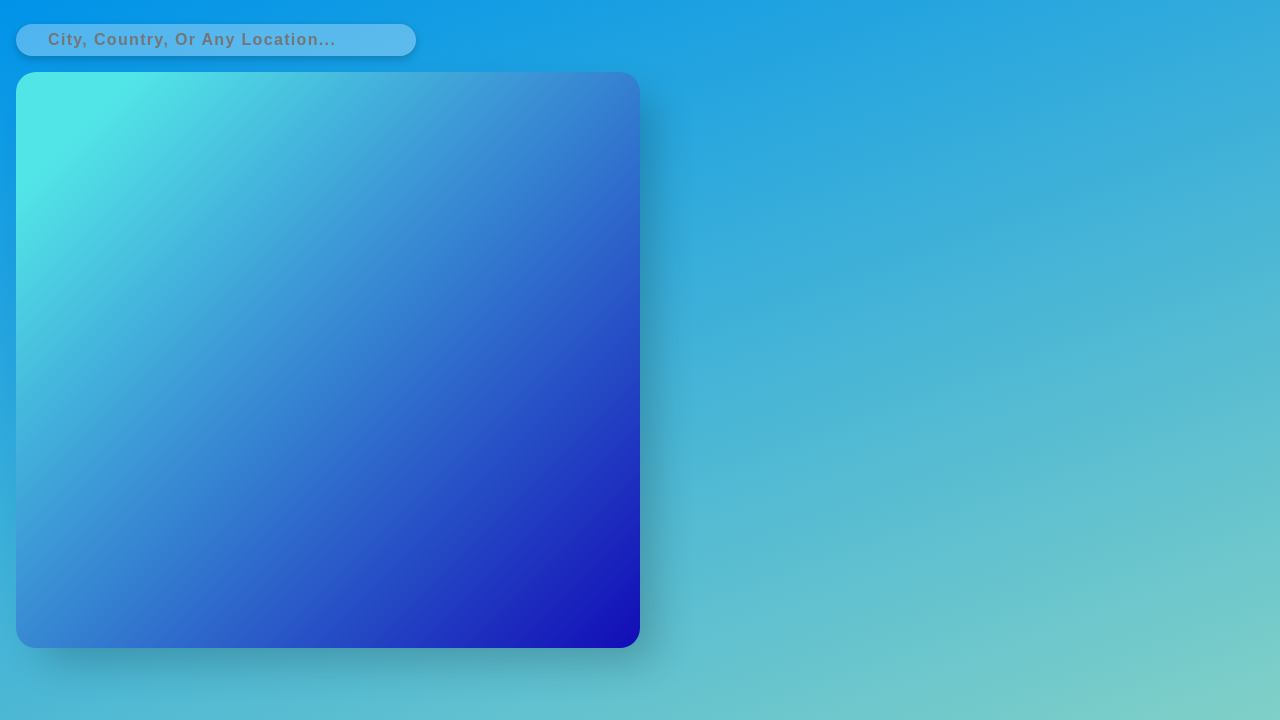
Repository: Haydenleung/weather-app-2024
Page: /
These files come from the project's save history. The page is drawn as it stood at one moment and after the next save; the edit follows.
The browser window is 1280 px wide. The pictures show the whole page.
The project was rebuilt for these pictures with package versions that can differ from the ones it lists, and the page was loaded fresh each time. The framework's server and built-in components were replaced by stand-ins that run in the browser. Also part of the build but not shown: next.config.mjs.

Above is the page before, as saved 2024-02-09 09:26:46.

### src/pages/index.tsx
import Image from "next/image";
import { useState } from 'react';
import { parseString } from 'xml2js';

import Container from "@/components/Container";

export default function Home() {

  const [location, setLocation] = useState();

  var apiKey = "1166e5ad9804e768305a6f5ad6b1e21c"
  // var cityName = "london"
  var currentUrl = `https://api.openweathermap.org/data/2.5/weather?q=${location}&units=metric&appid=${apiKey}`;
  var currentUrlXML = `https://api.openweathermap.org/data/2.5/weather?q=${location}&mode=xml&appid=${apiKey}`;
  var forecasrUrl = `https://api.openweathermap.org/data/2.5/forecast?q=${location}&units=metric&appid=${apiKey}`;

  const [data, setData] = useState<IWeatherProps[]>([]);
  const [date, setDate] = useState<IDateProps[]>([]);
  const [fData, setFData] = useState<IForecastProps[]>([]);


  const GrabInfo = async () => {
    try {
      await fetch(currentUrl)
        .then((res) => {
          if (!res.ok) {
            throw new Error('404 Error');
          }
          return res.json();
        })
        .then((data) => {
          console.log([data]);
          setData([data]);
        });

      await fetch(currentUrlXML)
        .then((res) => {
          if (!res.ok) {
            throw new Error('404 Error');
          }
          return res.text();
        })
        .then((date) => {
          parseString(date, (err: any, result: any) => {
            if (err) {
              throw new Error('404 Error');
            }
            console.log([result]);
            setDate([result]);
          });
        });
      await fetch(forecasrUrl)
        .then((res) => {
          if (!res.ok) {
            throw new Error('404 Error');
          }
          return res.json()
        })
        .then((fData) => {
          console.log([fData]);
          setFData([fData]);
        })
    } catch (error) {
      setData([])
      setDate([])
      setFData([])
    }
  };

  const handleChange = (event: any) => {
    setLocation(event.target.value);
  };

  const onFormSubmit = (e: any) => {
    e.preventDefault();
    GrabInfo()
  }

  return (
    <main className={"container"} >
      <form onSubmit={onFormSubmit} className={"searchForm"}>
        <input type="text" onChange={handleChange} value={location} className={"search"} placeholder={"City, country, or any location..."} />
        <button type="submit" className={"button"} />
      </form>
      <Container data={data} date={date} fData={fData} location={location} />
    </main >
  );
}

### src/styles/globals.css
* {
  font-family: Arial, Helvetica, sans-serif;
  color: white;
}

*,
*:before,
*:after {
  box-sizing: border-box;
}

.container {
  background: #e0e9f0;
  width: 100%;
  height: 100%;
  position: absolute;
  top: 0;
  left: 0;
  padding: 0.5rem 0rem;
  display: flex;
  flex-direction: column;
  background-color: #0093E9;
  background-image: linear-gradient(160deg, #0093E9 0%, #80D0C7 100%);
}

.button {
  display: none;
}

.searchForm {
  width: 20rem;
  padding: 1rem 1rem 0 1rem;
}

.search {
  height: 2rem;
  min-width: 25rem;
  border-radius: 99rem;
  border: none;
  padding: 0.3rem 2rem;
  font-size: 12pt;
  font-weight: 600;
  letter-spacing: 1pt;
  box-shadow: 0px 3px 8px rgba(0, 0, 0, 0.2);
  color: rgb(137, 137, 137);
  text-transform: capitalize;
  outline: none;
  background: rgba(255, 255, 255, 0.3);
}

.search:hover {
  transform: translateY(-1px);
}

.weatherContainer {
  flex-grow: 1;
  padding: 1rem;
  display: flex;
  flex-direction: row;
  gap: 1rem;
}

.today {
  display: flex;
  flex-direction: column;
  width: 50%;
  justify-content: center;
  align-items: center;
  background: rgba(255, 255, 255, 0.3);
  padding: 3rem;
  border-radius: 20px;
  /* border-left: 1px solid rgba(255, 255, 255, 0.3);
  border-top: 1px solid rgba(255, 255, 255, 0.3); */
  backdrop-filter: blur(10px);
  box-shadow: 20px 20px 40px -6px rgba(0, 0, 0, 0.2);
  text-align: center;
  position: relative;
  transition: all 0.2s ease-in-out;
  height: 80vh;
  background-image: linear-gradient(135deg, #52E5E7 10%, #130CB7 100%);
}

.temp {
  font-size: 92pt;
  font-weight: 800;
  /* color: white */
}

.main {
  font-size: 32pt;
  font-weight: 600;
  /* color: white; */

}

.subToday {
  display: flex;
  flex-direction: column;
  justify-content: center;
  align-items: center;
}

.forecast {
  display: flex;
  flex-direction: column;
  width: 50%;
  justify-content: center;
  align-items: center;
  border-radius: 20px;
  text-align: center;
  position: relative;
  transition: all 0.2s ease-in-out;
  height: 80vh;
  min-height: 15rem;
  gap: 1rem;
  /* background-color: red; */
}

.subForecast {
  display: flex;
  flex-direction: row;
  width: 100%;
  background: rgba(255, 255, 255, 0.3);
  border-radius: 20px;
  border-left: 1px solid rgba(255, 255, 255, 0.3);
  border-top: 1px solid rgba(255, 255, 255, 0.3);
  backdrop-filter: blur(10px);
  box-shadow: 20px 20px 40px -6px rgba(0, 0, 0, 0.2);
  text-align: center;
  position: relative;
  transition: all 0.2s ease-in-out;
  flex-grow: 1;
}

### src/components/Container/index.tsx

import { useState, useEffect } from 'react';

export default function Container(
    props: { data: IWeatherProps[], date: IDateProps[], fData: IForecastProps[], location: any }
) {

    // const [currentTemp, setCurrentTemp] = useState<number>();
    // const [currentWind, setcurrentWind] = useState<number>();
    // const [currentDate, setcurrentDate] = useState<string>();
    // const [currentMain, setcurrentMain] = useState<string>();
    // const [forcastTemp, setForcastTemp] = useState<number[]>([]);

    const [currentDate, setcurrentDate] = useState<string>();


    const formatDate = (tempDate: string) => {
        tempDate = tempDate?.substring(0, tempDate.search("T"));
        var day = new Date(Date.parse(tempDate)).getDate() + 1;
        var month = new Date(Date.parse(tempDate)).toLocaleString('default', { month: 'long' });
        var year = new Date(Date.parse(tempDate)).getFullYear();
        return (month + " " + day + ", " + year)
    }

    const formatDate2 = (tempDate: string) => {
        var day = new Date(Date.parse(tempDate)).getDate();
        var month = new Date(Date.parse(tempDate)).toLocaleString('default', { month: 'short' });
        var year = new Date(Date.parse(tempDate)).getFullYear();
        return (month + " " + day + ", " + year)
    }

    useEffect(() => {
        // Find Date
        // props.date && props.date.map((item: IDateProps) => {
        //     var tempDate = item.current.lastupdate[0].$.value;
        //     tempDate = tempDate?.substring(0, tempDate.search("T"))
        //     setcurrentDate(tempDate)
        // })

        // // Find Current Weather
        // props.data && props.data.map((item: IWeatherProps) => {
        //     // setCurrentTemp(item.main.temp)
        //     // setcurrentWind(item.wind.speed)
        //     // item.weather && item.weather.map((single: IWeatherSingleProps) => {
        //     //     setcurrentMain(single.main)
        //     // })
        // })

        // setForcastTemp([])
        // props.fData && props.fData.map((item: IForecastProps) => {
        //     item.list && item.list.map((single: IForecastListProps) => {
        //         setForcastTemp([...forcastTemp, single.main.temp])
        //         console.log(forcastTemp)
        //         single.wind.speed
        //         single.dt_txt
        //         single.weather && single.weather.map((second: IForecastWeatherProps) => {
        //             { second.main }
        //         })
        //     })

        // })
    })


    return (
        <div className={"weatherContainer"}>
            <div className={"today"}>
                {
                    props.date && props.date.map((item: IDateProps, index: number) => {
                        return (
                            <div key={index} style={{ margin: '15px' }}>
                                {
                                    item.current.lastupdate && item.current.lastupdate.map((single: IDateExactProps, indexTwo: number) => {
                                        return (
                                            <div key={indexTwo} >
                                                {formatDate(single.$.value)}
                                            </div>
                                        )
                                    })
                                }
                            </div>
                        )
                    })
                }
                {
                    props.data && props.data.map((item: IWeatherProps, index: number) => {
                        return (
                            <div key={index} className={"subToday"}>
                                < div className={"temp"} > {item.main.temp.toFixed(1)}°C</div>
                                {
                                    item.weather && item.weather.map((single: IWeatherSingleProps, indexTwo: number) => {
                                        return (
                                            <div key={indexTwo} className={"main"}>
                                                {single.main}
                                            </div>
                                        )
                                    })
                                }
                                <div>{item.wind.speed} m/s</div>
                            </div>
                        )
                    })
                }
            </div >

            {
                props.fData && props.fData.map((item: IForecastProps, index: number) => {
                    return (
                        <div key={index} className={"forecast"}>
                            {
                                item.list && item.list.map((single: IForecastListProps, indexTwo: number) => {
                                    return (
                                        single.dt_txt.search("00:00:00") > 0 &&
                                        (<div key={indexTwo} className={"subForecast"}>
                                            {single.main.temp.toFixed(1)}<br />
                                            {single.wind.speed}<br />
                                            {formatDate2(single.dt_txt)}
                                            {
                                                single.weather && single.weather.map((second: IForecastWeatherProps, indexThree: number) => {
                                                    return (
                                                        <div key={indexThree} >
                                                            {second.main}
                                                            {second.description}
                                                        </div>
                                                    )
                                                })
                                            }
                                        </div>)
                                    )
                                })
                            }
                        </div>
                    )
                })
            }


        </div >
    )
}

Loaded but not shown: src/pages/_app.tsx (common file); src/pages/_document.tsx (common file)

After the next save:
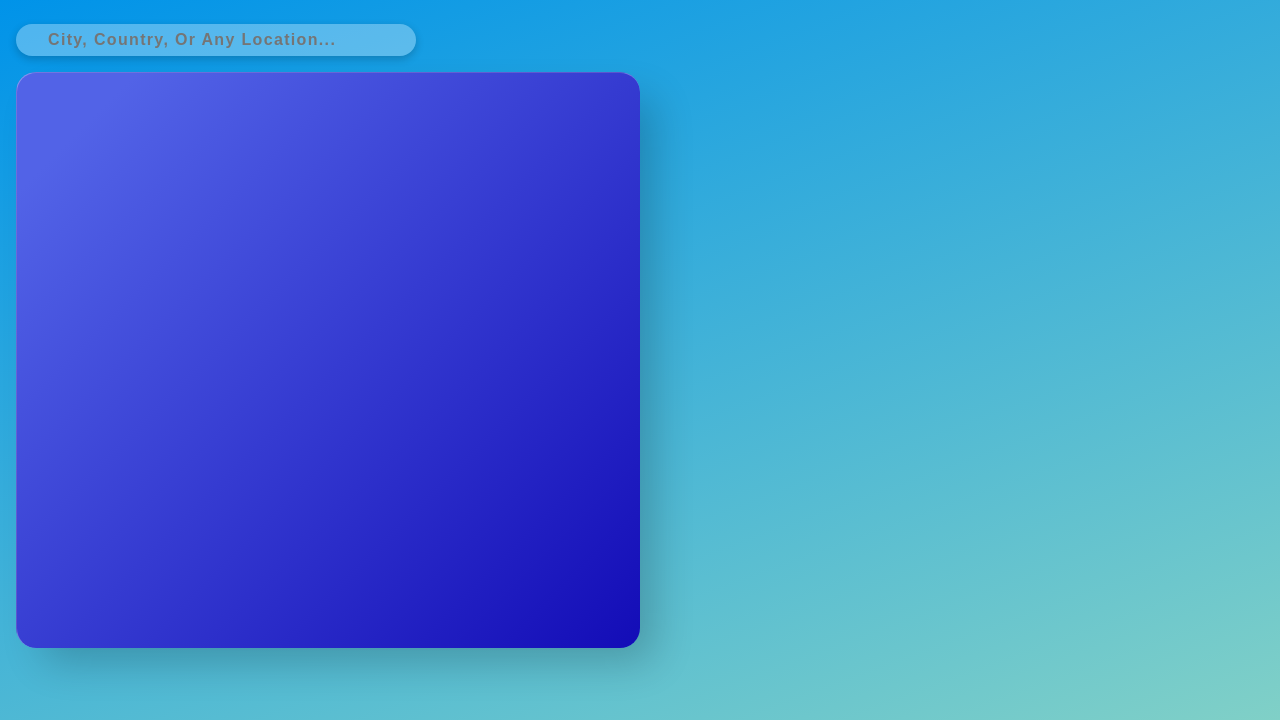
Saved 8 s later.
--- a/src/styles/globals.css
+++ b/src/styles/globals.css
@@ -69,15 +69,15 @@
   background: rgba(255, 255, 255, 0.3);
   padding: 3rem;
   border-radius: 20px;
-  /* border-left: 1px solid rgba(255, 255, 255, 0.3);
-  border-top: 1px solid rgba(255, 255, 255, 0.3); */
+  border-left: 1px solid rgba(255, 255, 255, 0.3);
+  border-top: 1px solid rgba(255, 255, 255, 0.3);
   backdrop-filter: blur(10px);
   box-shadow: 20px 20px 40px -6px rgba(0, 0, 0, 0.2);
   text-align: center;
   position: relative;
   transition: all 0.2s ease-in-out;
   height: 80vh;
-  background-image: linear-gradient(135deg, #52E5E7 10%, #130CB7 100%);
+  background-image: linear-gradient(135deg, #5263e7 10%, #130CB7 100%);
 }
 
 .temp {
